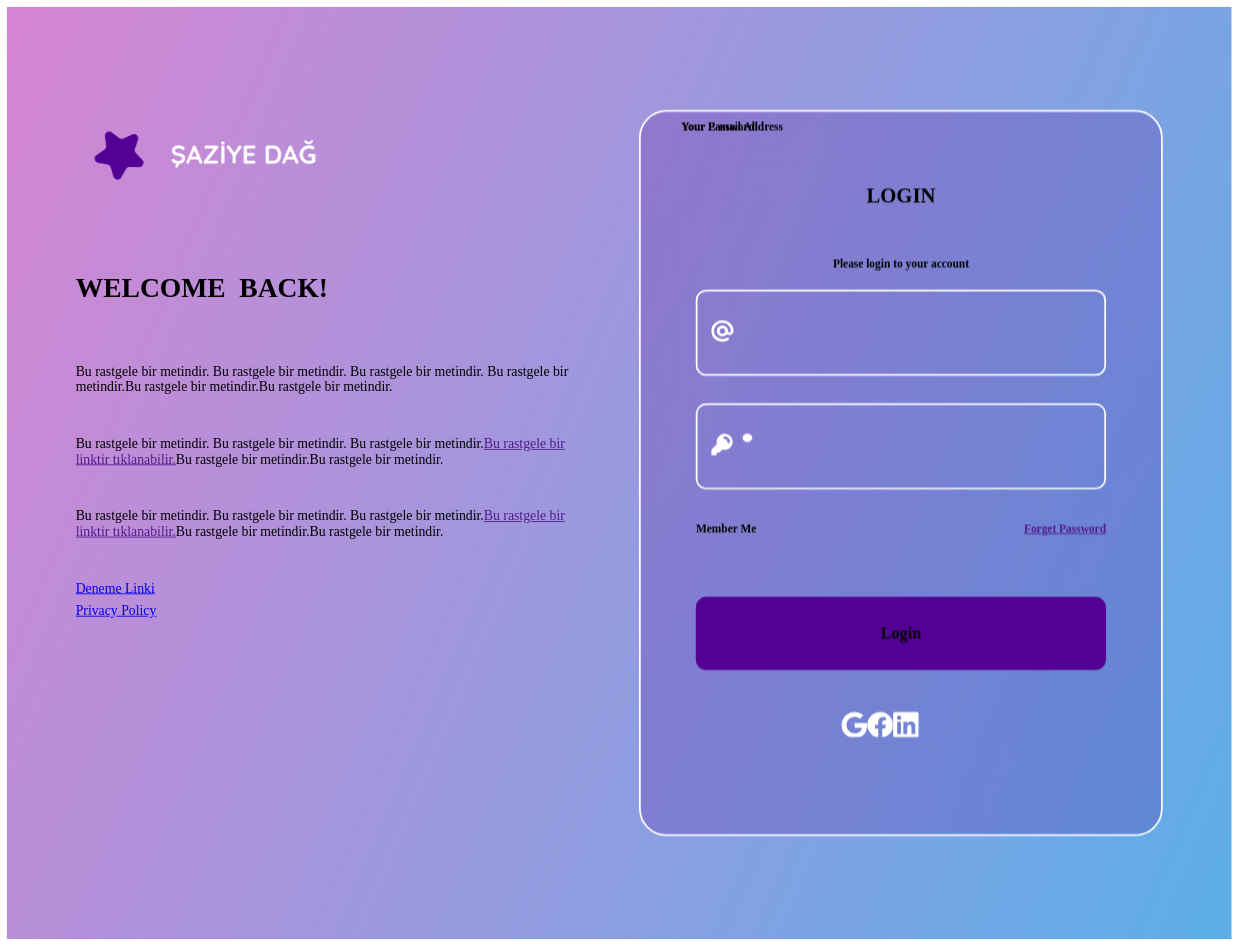
Repository: szydag/login
Page: /
The author's editor kept a copy of each file at every save. The page is drawn from the files as they stood at one save, then again after the next save.
The browser window is 1280 px wide. The page is 1432 px wide, then 1448 px, so the pictures cover 1448 px, including what lies to the right of the window. The pictures show the whole page, at 86% of full size.
The project was rebuilt for these pictures with package versions that can differ from the ones it lists, and the page was loaded fresh each time. Also part of the build but not shown: src/assets/svgr/unhiddenIcon/index.js.

Above is the page before, as saved 2023-10-22 22:49:23.

### src/index.js
import React from 'react';
import ReactDOM from 'react-dom/client';
import App from './app/index';
import {
    BrowserRouter
} from "react-router-dom";

const root = ReactDOM.createRoot(document.getElementById('root'));
root.render(
    <BrowserRouter>
        <App />
    </BrowserRouter>
);

### src/app/index.js
import LoginPage from "./pages/login";
import useStyles from "./style";

const App = () => {
    useStyles();
    return <div>
        <LoginPage />
    </div>

};

export default App;

### src/app/pages/login/index.js
import React, { useEffect } from 'react'
import useStyles from './style';
import logo from './../../../assets/logo.png'
import MailIcon from './../../../assets/svgr/mailIcon/index.js'
import PasswordIcon from './../../../assets/svgr/passwordIcon/index.js'
import HiddenIcon from './../../../assets/svgr/hiddenIcon/index.js'
import UnhiddenIcon from './../../../assets/svgr/unhiddenIcon/index.js'
import GoogleIcon from './../../../assets/svgr/googleIcon/index.js'
import FacebookIcon from './../../../assets/svgr/facebookIcon/index.js'
import LinkedInIcon from './../../../assets/svgr/linkedInIcon/index.js'
const LoginPage = () => {

    const classes = useStyles();
    return <div
        className={classes.loginPage}
    >
        <div
            className={classes.promotionTexts}
        >
            <div
                className={classes.logo}
            >
                <img
                    src={logo}
                    alt=""
                />
            </div>
            <div
                className={classes.mainContent}
            >
                <div
                    className={classes.title}
                >
                    <h1>WELCOME</h1>
                    <h1>BACK!</h1>
                </div>
                <div
                    className={classes.contentText}
                >
                    <p>
                        Bu rastgele bir metindir. Bu rastgele bir metindir. Bu rastgele bir metindir. Bu rastgele bir metindir.Bu rastgele bir metindir.Bu rastgele bir metindir.
                    </p>
                    <p>
                        Bu rastgele bir metindir. Bu rastgele bir metindir. Bu rastgele bir metindir.
                        <a
                            href=""
                        >
                            Bu rastgele bir linktir tıklanabilir.
                        </a>
                        Bu rastgele bir metindir.Bu rastgele bir metindir.
                    </p>
                    <p>
                        Bu rastgele bir metindir. Bu rastgele bir metindir. Bu rastgele bir metindir.
                        <a
                            href=""
                        >
                            Bu rastgele bir linktir tıklanabilir.
                        </a>
                        Bu rastgele bir metindir.Bu rastgele bir metindir.
                    </p>
                </div>
                <div
                    className={classes.links}
                >
                    <a
                        href="

                    ">
                        Deneme Linki
                    </a>
                    <a
                        href="

                    ">
                        Privacy Policy
                    </a>
                </div>

            </div>
        </div>
        <div
            className={classes.loginArea}
        >
            <div
                className={classes.header}
            >
                <h2>LOGIN</h2>
                <h5>Please login to your account</h5>
            </div>
            <div
                className={classes.container}
            >
                <div
                    className={classes.loginMainContent}
                >
                    <div
                        className={classes.inputArea}
                    >
                        <div
                            className={classes.mailInput}
                        >
                            <div
                                className={classes.content}
                            >
                                <MailIcon
                                    color='#ffffff'
                                    size={30}
                                ></MailIcon>

                            </div>
                            <div
                                className={classes.inputTitle}
                            >
                                <h5>Your E-mail  Address</h5>
                            </div>
                        </div>
                        <div
                            className={classes.passwordInput}
                        >
                            <div
                                className={classes.content}
                            >
                                <PasswordIcon
                                    color='#ffffff'
                                    size={30}
                                >
                                </PasswordIcon>
                                <HiddenIcon
                                    color='#ffffff'
                                    size={30}
                                >

                                </HiddenIcon>
                            </div>
                            <div
                                className={classes.inputTitle}
                            >
                                <h5>Your Password</h5>
                            </div>

                        </div>
                    </div>
                    <div
                        className={classes.passwordSettingsArea}
                    >
                        <div
                            className={classes.memberMeArea}
                        >
                            <h5>Member Me</h5>
                        </div>
                        <h5>
                            <a href="">
                                Forget Password
                            </a>
                        </h5>
                    </div>
                </div>
                <div
                    className={classes.loginButton}
                >
                    <h3>Login</h3>
                </div>
            </div>
            <div
                className={classes.accountSettings}
            >
                <div
                    className={classes.accountSettingsTitle}
                >

                </div>
                <div
                    className={classes.socialMediaIcons}
                >
                    <GoogleIcon
                        color='#ffffff'
                        size={30}
                    >
                    </GoogleIcon>
                    <FacebookIcon
                        color='#ffffff'
                        size={30}
                    >
                    </FacebookIcon>
                    <LinkedInIcon
                        color='#ffffff'
                        size={30}
                    >
                    </LinkedInIcon>
                </div>
                <div
                    className={classes.newAccountArea}
                >

                </div>
            </div>
        </div>
    </div>
}

export default LoginPage;

### src/app/style.js
import { createUseStyles } from "react-jss";

const useStyles = createUseStyles({
    loginPage: {
    },
})
export default useStyles;

### src/app/pages/login/style.js

import { createUseStyles } from "react-jss";

const useStyles = createUseStyles({
    loginPage: {
        display: 'flex',
        padding: '120px 80px',
        width: '100%',
        height: '100%',
        alignItems: 'flex-start',
        gap: '80px',
        background: 'linear-gradient(113deg, #B9A675 0%, #D685D3 0%, #5CAEE9 100%)',
    },
    promotionTexts: {
        display: 'flex',
        flexDirection: 'column',
        alignItems: 'flex-start',
        gap: '64px',
        flex: '1 0 0',
        alignSelf: 'stretch',
    },
    logo: {
        display: 'flex',
        alignItems: 'center',
        gap: '8px',
    },
    mainContent: {
        display: 'flex',
        flexDirection: 'column',
        justifyContent: ' center',
        alignItems: 'flex-start',
        gap: '32px',
        alignSelf: 'stretch',
    },
    title: {
        display: 'flex',
        alignItems: 'flex-start',
        gap: '16px',
    },
    contentText: {
        display: 'flex',
        flexDirection: 'column',
        alignItems: 'flex - start',
        gap: '16px',
        alignSelf: 'stretch',
    },
    links: {
        display: 'flex',
        flexDirection: 'column',
        alignItems: 'flex-start',
        gap: '8px',
    },
    loginArea: {
        display: 'flex',
        padding: '64px',
        flexDirection: 'column',
        justifyContent: 'center',
        alignItems: 'center',
        alignSelf: 'stretch',
        borderRadius: '32px',
        border: '2px solid #FFF',
        background: 'rgba(83, 0, 148, 0.20)',
        backdropFilter: 'blur(45px)',
    },
    header: {
        display: 'flex',
        flexDirection: 'column',
        alignItems: 'center',
        gap: '16px',
    },
    container: {
        display: 'flex',
        flexDirection: 'column',
        alignItems: 'flex-start',
        gap: '48px',
        alignSelf: 'stretch',
    },
    loginMainContent: {
        display: 'flex',
        flexDirection: 'column',
        justifyContent: 'center',
        alignItems: 'center',
        gap: '16px',
        alignSelf: 'stretch',
    },
    inputArea: {
        display: 'flex',
        flexDirection: 'column',
        alignItems: 'flex-start',
        gap: '32px',
        alignSelf: 'stretch',
    },
    mailInput: {
        display: 'flex',
        height: '64px',
        padding: '16px',
        flexDirection: 'column',
        justifyContent: 'center',
        alignItems: 'flex-start',
        gap: '437px',
        alignSelf: 'stretch',
        borderRadius: '12px',
        border: '2px solid #FFF',
    },
    content: {
        display: 'flex',
        justifyContent: 'center',
        alignItems: 'center',
        gap: '6px',
    },
    inputTitle: {
        display: 'flex',
        padding: '0px 10px',
        alignItems: 'center',
        gap: '10px',
        position: 'absolute',
        left: '37px',
        top: '-12px',
    },
    passwordInput: {
        display: 'flex',
        height: '64px',
        padding: '16px',
        justifyContent: 'space-between',
        alignItems: 'center',
        alignSelf: 'stretch',
        borderRadius: '12px',
        border: '2px solid #FFF',
    },
    passwordSettingsArea: {
        display: 'flex',
        justifyContent: 'space-between',
        alignItems: 'flex-start',
        alignSelf: 'stretch',
    },
    memberMeArea: {
        display: 'flex',
        alignItems: 'center',
        gap: '16px',
    },
    loginButton: {
        display: 'flex',
        padding: '13px 215px',
        justifyContent: 'center',
        alignItems: 'center',
        gap: '10px',
        alignSelf: 'stretch',
        borderRadius: '12px',
        background: '#530094',
    },
    accountSettings: {
        display: 'flex',
        flexDirection: 'column',
        alignItems: 'center',
        gap: '48px',
    },
    accountSettingsTitle: {
        display: 'flex',
        justifyContent: 'center',
        alignItems: 'center',
        gap: '8px',
    },
    socialMediaIcons: {
        width: '140px',
        height: '31.492px',
    },
    newAccountArea: {
        display: 'flex',
        justifyContent: 'center',
        alignItems: 'flex-start',
        gap: '16px',
    },
})
export default useStyles;

### src/assets/svgr/mailIcon/index.js
import * as React from "react"
const MailIcon = ({
    color = "#ffffff",
    size = 30,
    ...props
}) => {
    const pathScale = 30 / size;
    return <svg
        xmlns="http://www.w3.org/2000/svg"
        width={size}
        height={size}
        fill="none"
        {...props}
    >
        <path
            fill={color}
            transform={`scale(${1 / 1})`}
            d="M19.894 6.125c-3.807-3.661-9.98-3.661-13.788 0s-3.808 9.597 0 13.258c3.31 3.183 8.41 3.6 12.187 1.248.753-.47 1.759-.263 2.247.461.488.725.273 1.692-.48 2.161-5.038 3.138-11.837 2.586-16.252-1.66-5.077-4.881-5.077-12.796 0-17.678 5.076-4.881 13.308-4.881 18.384 0C24.73 6.355 26 9.558 26 12.755c0 2.588-2.183 4.687-4.875 4.687a4.982 4.982 0 0 1-2.925-.937c-1.186 1.517-3.074 2.5-5.2 2.5-3.59 0-6.5-2.799-6.5-6.25 0-3.453 2.91-6.25 6.5-6.25s6.5 2.797 6.5 6.25c0 .862.727 1.562 1.625 1.562s1.625-.7 1.625-1.563c0-2.402-.952-4.798-2.856-6.629Zm-3.644 6.63c0-1.727-1.455-3.126-3.25-3.126s-3.25 1.4-3.25 3.125c0 1.726 1.455 3.125 3.25 3.125s3.25-1.399 3.25-3.125Z"
        />
    </svg>
}
export default MailIcon

### src/assets/svgr/passwordIcon/index.js
import * as React from "react"
const PasswordIcon = ({
    color = "#ffffff",
    size = 30,
    ...props
}) => {
    const pathScale = 30 / size;
    return <svg
        xmlns="http://www.w3.org/2000/svg"
        width={size}
        height={size}
        fill="none"
        {...props}
    >
        <path
            fill={color}
            transform={`scale(${1 / 1})`}
            d="M25 9.63a9.375 9.375 0 0 1-12.098 8.972L9.375 22.13H6.25v3.125H0v-6.25l6.652-6.652A9.375 9.375 0 1 1 25 9.63Zm-9.375-6.25a1.563 1.563 0 0 0 0 3.124c1.726 0 3.125 1.4 3.125 3.125a1.563 1.563 0 0 0 3.125 0 6.25 6.25 0 0 0-6.25-6.25Z"
        />
    </svg>
}
export default PasswordIcon

### src/assets/svgr/hiddenIcon/index.js
import * as React from "react"
const HiddenIcon = ({
    color = "#ffffff",
    size = 30,
    ...props
}) => {
    const pathScale = 30 / size;
    return <svg
        xmlns="http://www.w3.org/2000/svg"
        width={size}
        height={size}
        fill="none"
        {...props}
    >
        <path
            fill={color}
            transform={`scale(${1 / 1})`}
            d="M0 5.03C.801 2.115 3.185 0 6 0s5.199 2.115 6 5.03c-.801 2.915-3.185 5.03-6 5.03S.801 7.945 0 5.03Zm8.515 0C8.515 6.617 7.39 7.904 6 7.904c-1.39 0-2.515-1.287-2.515-2.874C3.485 3.443 4.61 2.156 6 2.156c1.39 0 2.515 1.287 2.515 2.874Z"
        />
    </svg>
}
export default HiddenIcon

### src/assets/svgr/googleIcon/index.js
import * as React from "react"
const GoogleIcon = ({
    color = "#ffffff",
    size = 30,
    ...props
}) => {
    const pathScale = 30 / size;
    return <svg
        xmlns="http://www.w3.org/2000/svg"
        width={size}
        height={size}
        fill="none"
        {...props}
    >
        <path
            fill={color}
            transform={`scale(${1 / 1})`}
            d="M30.5 16.357c0 8.698-5.957 14.889-14.754 14.889A15.228 15.228 0 0 1 .5 16 15.228 15.228 0 0 1 15.746.754c4.106 0 7.561 1.506 10.223 3.99l-4.15 3.99C16.392 3.496 6.298 7.43 6.298 16c0 5.318 4.248 9.627 9.449 9.627 6.037 0 8.3-4.328 8.656-6.572h-8.656v-5.243H30.26c.142.78.24 1.53.24 2.545Z"
        />
    </svg>
}
export default GoogleIcon

### src/assets/svgr/facebookIcon/index.js
import * as React from "react"
const FacebookIcon = ({
    color = "#ffffff",
    size = 30,
    ...props
}) => {
    const pathScale = 30 / size;
    return <svg
        xmlns="http://www.w3.org/2000/svg"
        width={size}
        height={size}
        fill="none"
        {...props}
    >
        <path
            fill={color}
            transform={`scale(${1 / 1})`}
            d="M30.5 15.754c0-8.286-6.714-15-15-15s-15 6.714-15 15c0 7.487 5.485 13.692 12.656 14.819V20.09h-3.81v-4.336h3.81V12.45c0-3.759 2.238-5.835 5.666-5.835 1.641 0 3.358.293 3.358.293v3.689h-1.892c-1.863 0-2.444 1.156-2.444 2.343v2.815h4.16l-.666 4.336h-3.494v10.483C25.014 29.446 30.5 23.24 30.5 15.754Z"
        />
    </svg>
}
export default FacebookIcon

### src/assets/svgr/linkedInIcon/index.js
import * as React from "react"
const LinkedInIcon = ({
    color = "#ffffff",
    size = 30,
    ...props
}) => {
    const pathScale = 30 / size;
    return <svg
        xmlns="http://www.w3.org/2000/svg"
        width={size}
        height={size}
        fill="none"
        {...props}
    >
        <path
            fill={color}
            transform={`scale(${1 / 1})`}
            d="M28.357.754H2.637C1.456.754.5 1.725.5 2.917v25.674c0 1.192.958 2.163 2.136 2.163h25.721c1.179 0 2.143-.97 2.143-2.163V2.917c0-1.192-.964-2.163-2.143-2.163ZM9.567 26.468H5.121V12.151h4.453v14.317h-.007ZM7.344 10.196a2.58 2.58 0 0 1 0-5.156 2.584 2.584 0 0 1 2.578 2.578 2.575 2.575 0 0 1-2.578 2.578Zm18.89 16.272h-4.446v-6.964c0-1.66-.034-3.797-2.31-3.797-2.317 0-2.672 1.808-2.672 3.677v7.084h-4.447V12.151h4.266v1.956h.06c.596-1.125 2.05-2.31 4.212-2.31 4.5 0 5.337 2.966 5.337 6.823v7.848Z"
        />
    </svg>
}
export default LinkedInIcon

Loaded but not shown: public/index.html (common file)

After the next save:
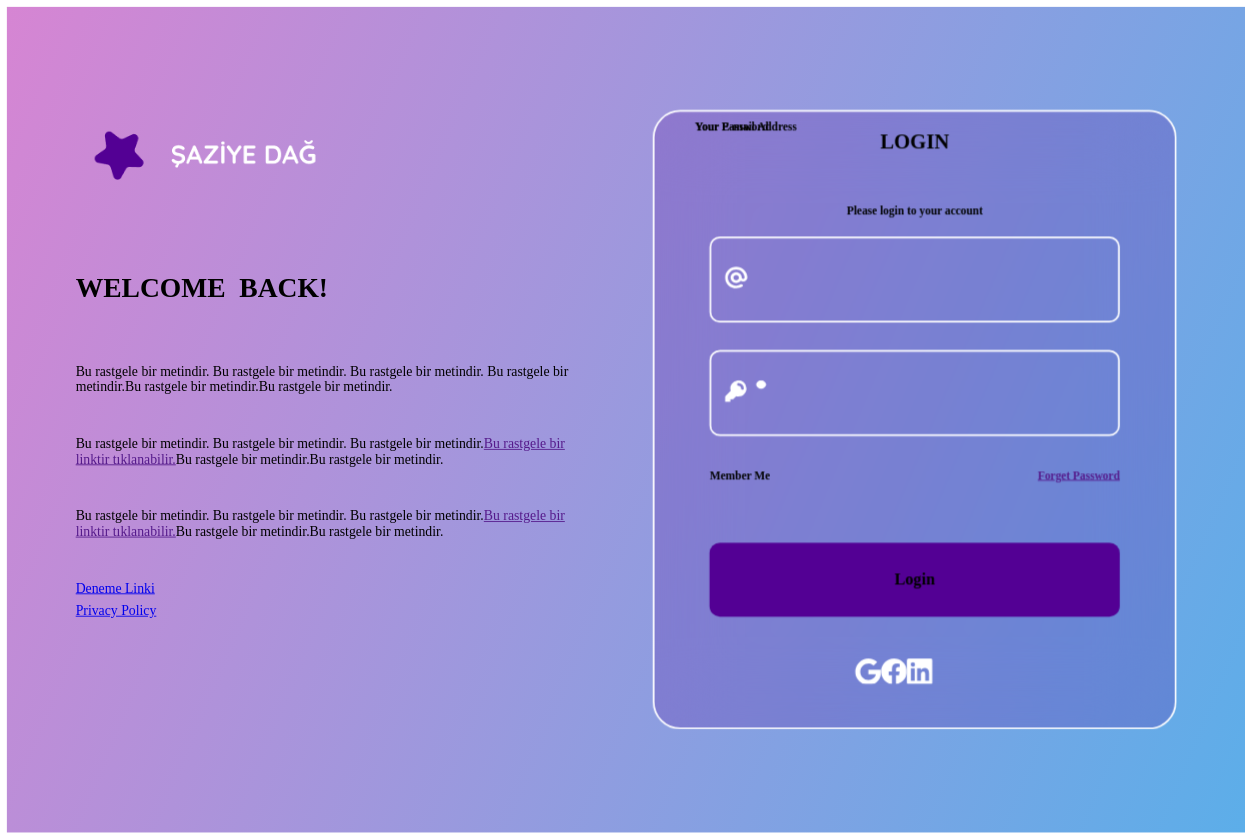
Saved 89 s later.
--- a/src/app/pages/login/style.js
+++ b/src/app/pages/login/style.js
@@ -5,8 +5,8 @@ const useStyles = createUseStyles({
     loginPage: {
         display: 'flex',
         padding: '120px 80px',
-        width: '100%',
-        height: '100%',
+        width: '100vw',
+        height: '100vh',
         alignItems: 'flex-start',
         gap: '80px',
         background: 'linear-gradient(113deg, #B9A675 0%, #D685D3 0%, #5CAEE9 100%)',
